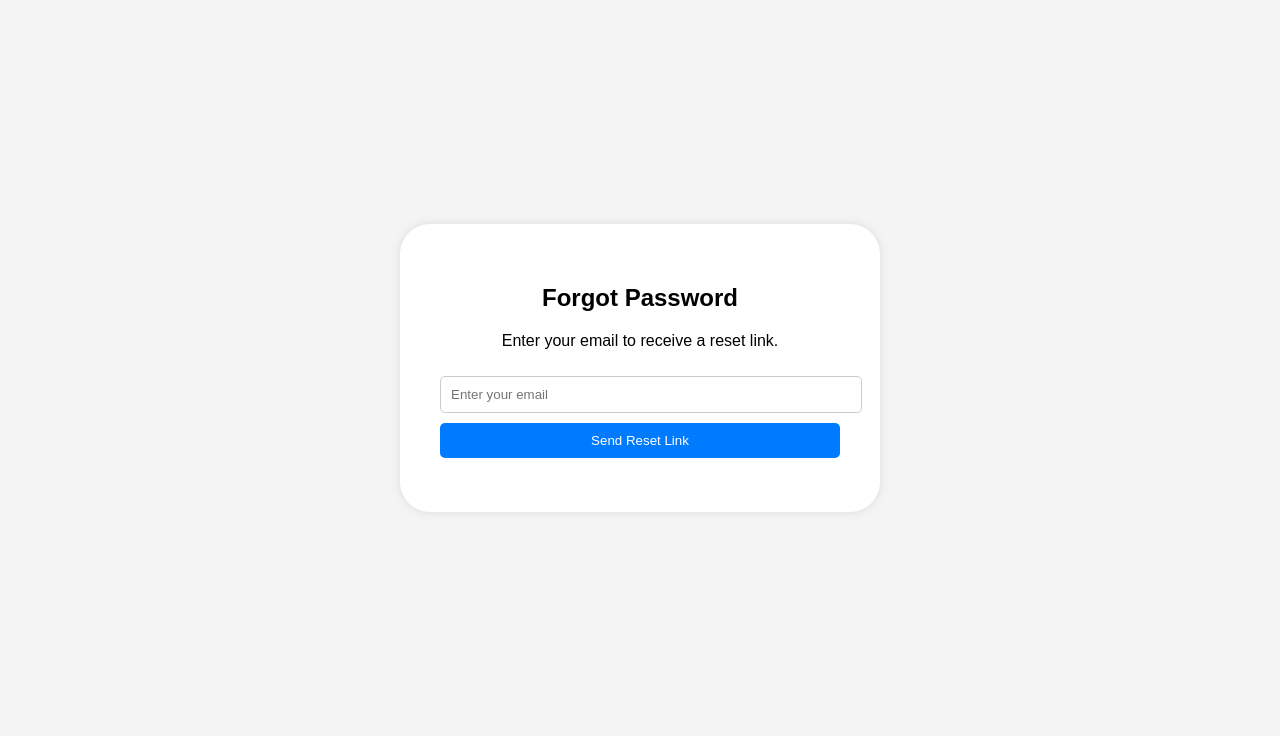
Repository: rahulmadasuongole/Demo
Page: Servers/Forgot.html
An editor plug-in stored every save of this project. The page is shown before and after the next save, followed by the edit.
The browser window is 1280 px wide. The pictures show the whole page.

Above is the page before, as saved 2025-03-06 05:17:23.

After the next save:
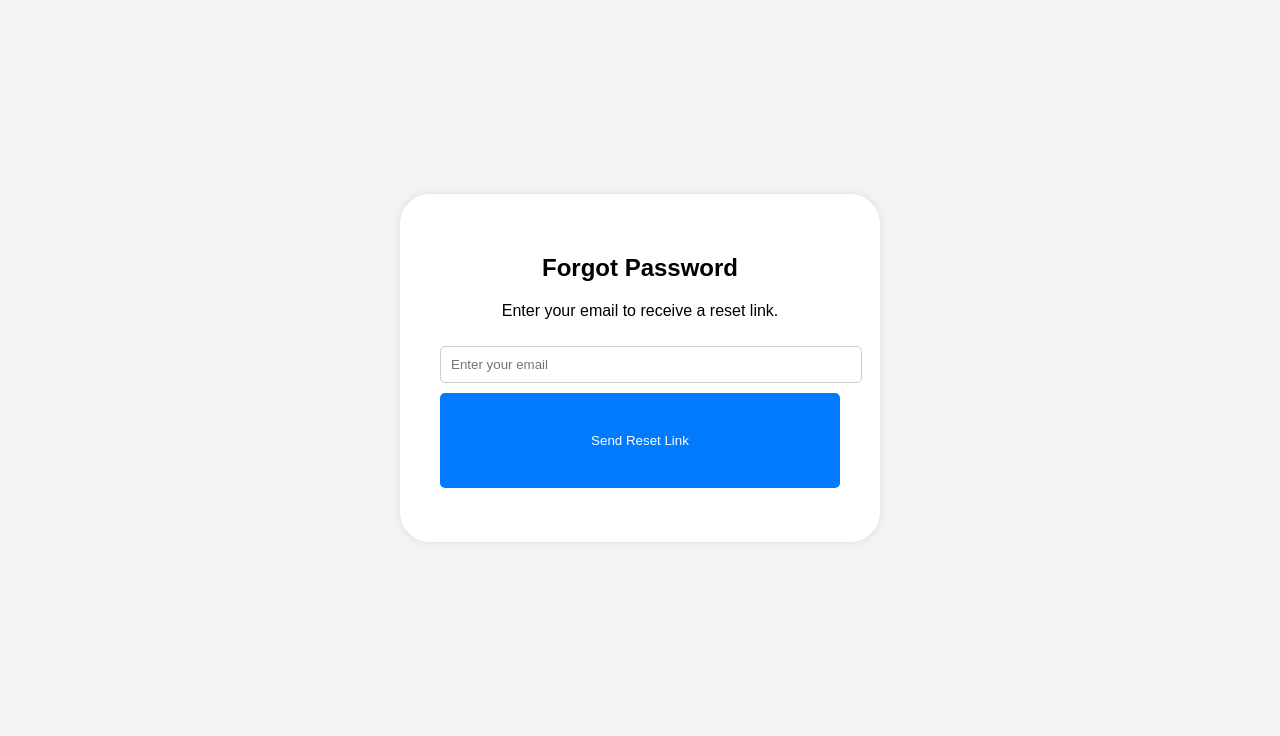
Saved 37 s later.
--- a/Servers/Forgot.html
+++ b/Servers/Forgot.html
@@ -31,7 +31,7 @@
         button {
             background-color: #007BFF;
             color: white;
-            padding: 10px;
+            padding: 40px;
             border: none;
             border-radius: 5px;
             cursor: pointer;

After the save that followed:
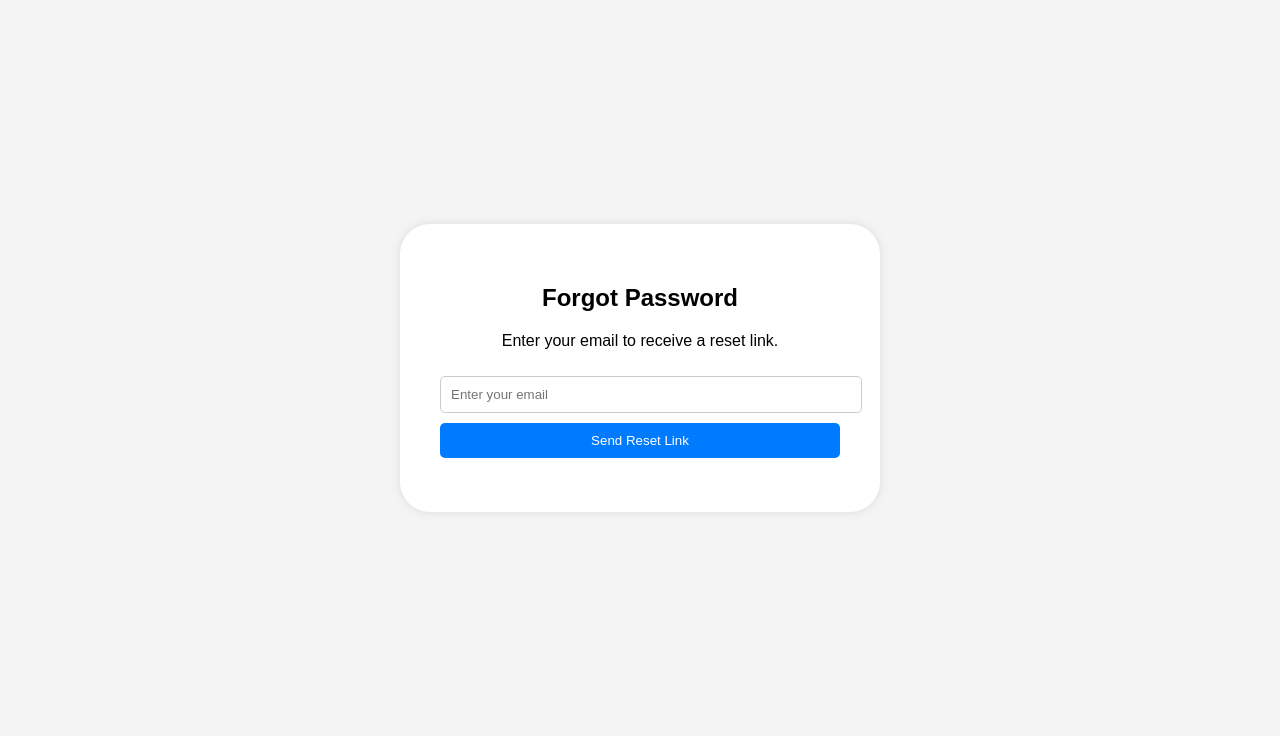
Saved 44 s later.
--- a/Servers/Forgot.html
+++ b/Servers/Forgot.html
@@ -31,7 +31,7 @@
         button {
             background-color: #007BFF;
             color: white;
-            padding: 40px;
+            padding: 10px;
             border: none;
             border-radius: 5px;
             cursor: pointer;
